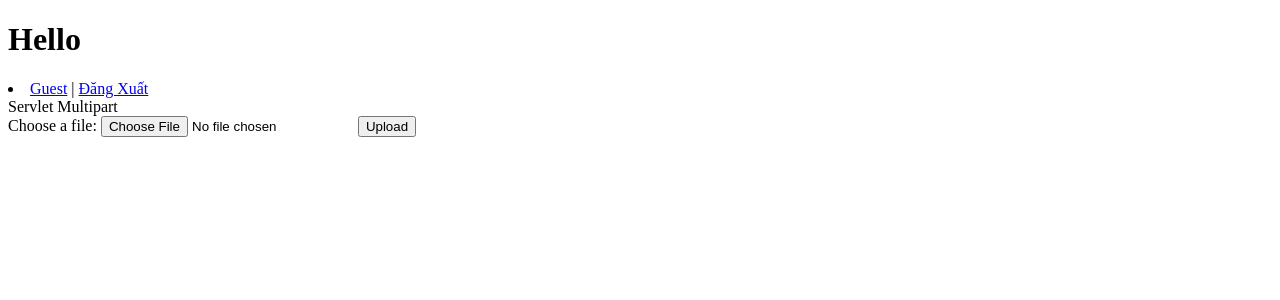
Repository: quynh-trandiem04/BaiTap_Tuan4_LTWeb
Page: http://localhost/Project_LTWeb/views/Home.jsp
The author's editor kept a copy of each file at every save. The page is drawn from the files as they stood at one save, then again after the next save.
The browser window is 1280 px wide. The pictures show the whole page.
The page is served by Tomcat 10. Nobody is signed in. The application's start-up code is not run.

Above is the page before, as saved 2024-09-24 13:41:24.

After the next save:
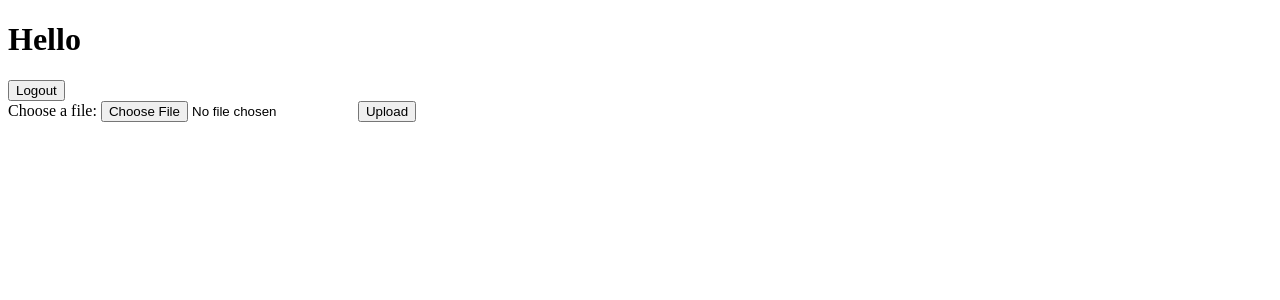
Saved 38 s later.
--- a/Project_LTWeb/src/main/webapp/views/Home.jsp
+++ b/Project_LTWeb/src/main/webapp/views/Home.jsp
@@ -1,29 +1,23 @@
-<%@ page language="java" contentType="text/html; charset=UTF-8" pageEncoding="UTF-8"%>
+<%@ page language="java" contentType="text/html; charset=UTF-8"
+    pageEncoding="UTF-8"%>
 <!DOCTYPE html>
 <html>
 <head>
-    <meta charset="UTF-8">
-    <title>Upload File</title>
+<meta charset="UTF-8">
+<title>Insert title here</title>
 </head>
 <body>
     <h1>Hello</h1>
 
-	<li><c:choose>
-			<c:when test="${not empty sessionScope.account}">
-				<a href="${pageContext.request.contextPath}/member/myaccount">${sessionScope.account.fullName}</a>
-			</c:when>
-			<c:otherwise>
-				<a href="#">Guest</a>
-			</c:otherwise>
-		</c:choose> | <a href="${pageContext.request.contextPath}/logout">Đăng Xuất</a></li>
+	<form action="${pageContext.request.contextPath}/logout" method="get">
+		<button type="submit">Logout</button>
+	</form>
 
-
-    <div>Servlet Multipart</div>
-    <form method="post" action="${pageContext.request.contextPath}/multiPartServlet" enctype="multipart/form-data">
-        Choose a file:
-        <input type="file" name="uploadFile" required />
-        <input type="submit" value="Upload" />
-    </form>
+	<form method="post" action="${pageContext.request.contextPath}/multiPartServlet"
+		enctype="multipart/form-data">
+		Choose a file: <input type="file" name="multiPartServlet" /> <input
+			type="submit" value="Upload" />
+	</form>
 
 </body>
 </html>
